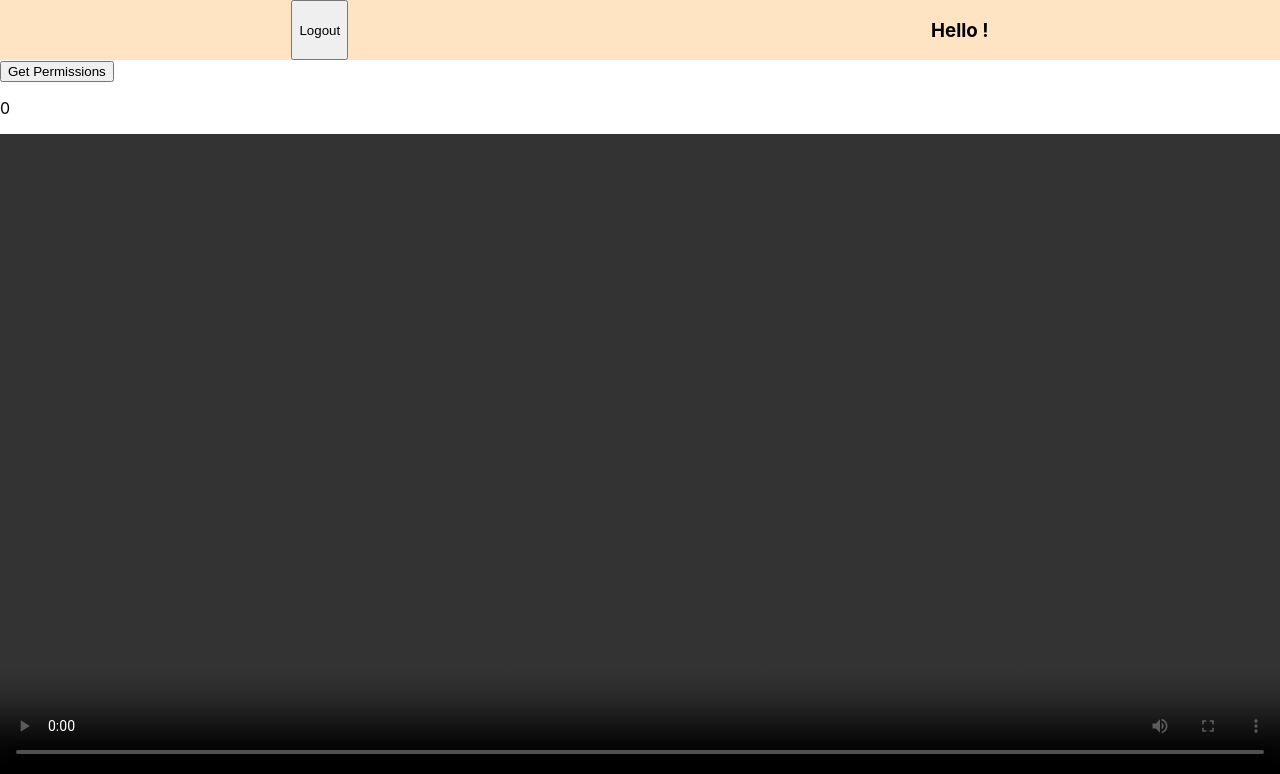
Repository: drumsmanku/test-1
Page: /recording (app in client/)
An editor plug-in stored every save of this project. The page is shown before and after the next save, followed by the edit.
The browser window is 1280 px wide. The pictures show the whole page.
The project was rebuilt for these pictures with package versions that can differ from the ones it lists, and the page was loaded fresh each time. Also part of the build but not shown: client/src/App.css, client/src/Components/Login/Login.module.css, client/src/Components/Login/Login.js, client/src/Components/Register/Register.module.css, client/src/Components/Register/Register.js.

Above is the page before, as saved 2023-08-31 18:58:50.

After the next save:
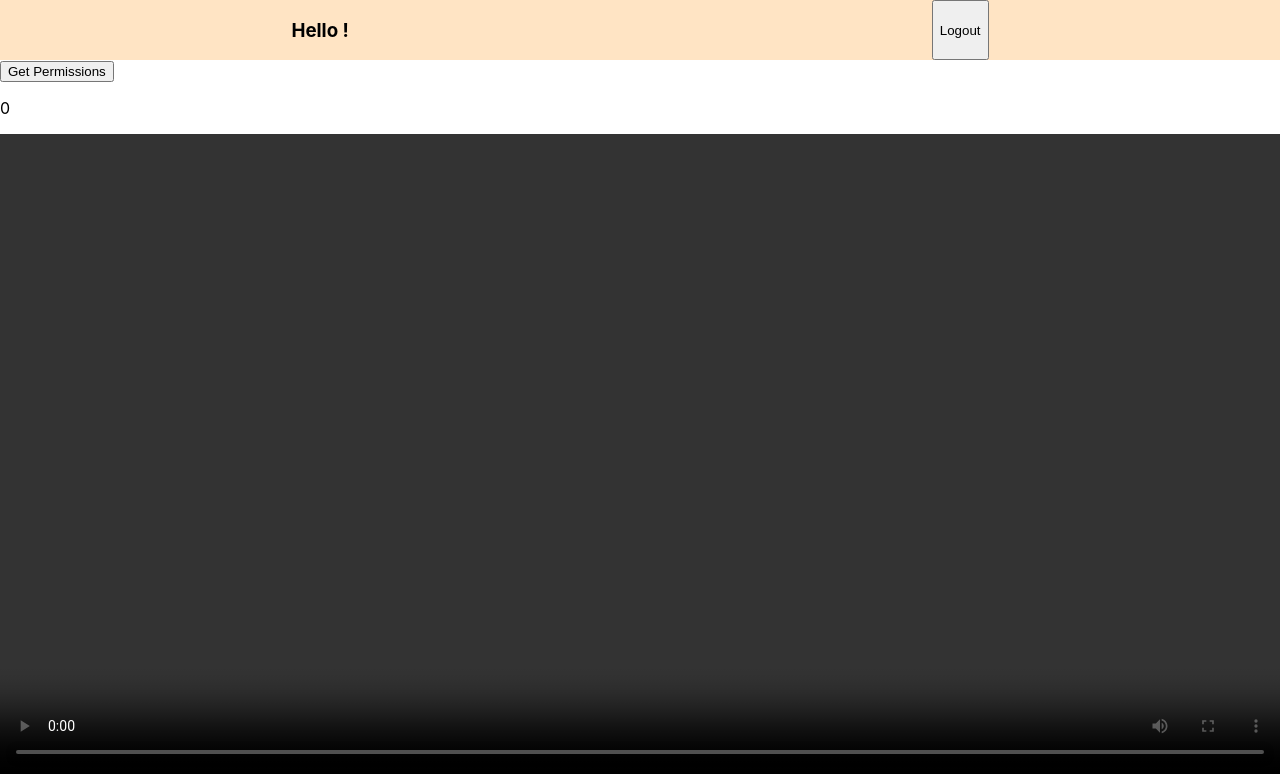
Saved 11 s later.
--- a/client/src/Components/Recording/Recording.js
+++ b/client/src/Components/Recording/Recording.js
@@ -80,8 +80,8 @@ function Recording() {
   return (
     <div className={styles.container}>
       <div className={styles.navbar}>
+        <h3>Hello {existingUser} ! </h3>
         <button onClick={handleLogout}>Logout</button>
-        <h3>Hello {existingUser} ! </h3>
       </div>
       <div className={styles.bottomBody}>
         <button onClick={handlePermissions}>Get Permissions</button>
